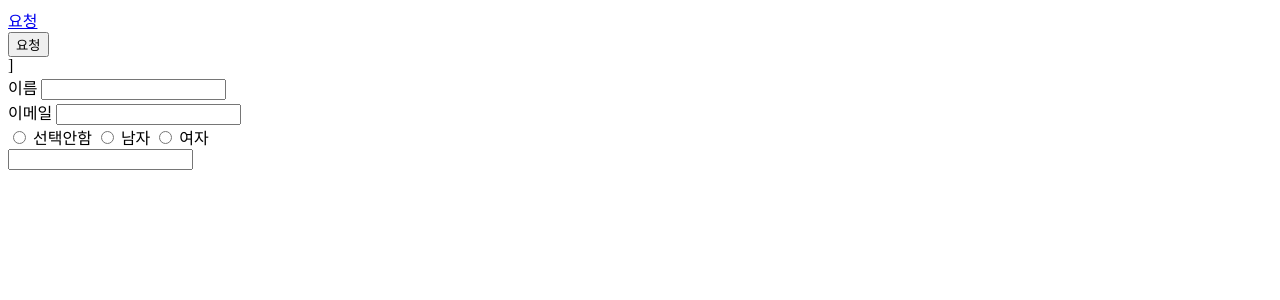
Repository: Audrey-1120/jspstudy
Page: 01_servlet/src/main/webapp/pkg02_request/NewFile.html
An editor plug-in stored every save of this project. The page is shown before and after the next save, followed by the edit.
The browser window is 1280 px wide. The pictures show the whole page.

Above is the page before, as saved 2024-02-28 01:31:18.

After the next save:
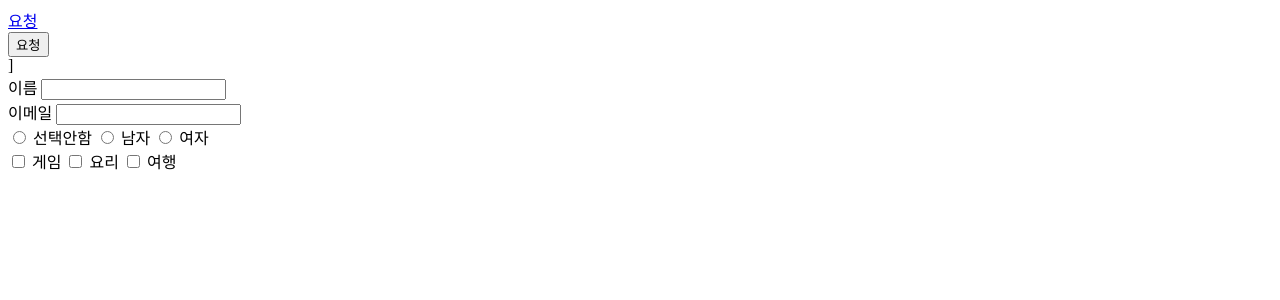
Saved 113 s later.
--- a/01_servlet/src/main/webapp/pkg02_request/NewFile.html
+++ b/01_servlet/src/main/webapp/pkg02_request/NewFile.html
@@ -54,8 +54,12 @@
       <label for="woman">여자</label>
     </div>
     <div class="inp-wrap">
-      <label for=""></label>
-      <input type="" name="" id="">
+      <input type="checkbox" name="hobbies" id="game">
+      <label for="game">게임</label>
+      <input type="checkbox" name="hobbies" id="cook">
+      <label for="cook">요리</label>
+      <input type="checkbox" name="hobbies" id="travel">
+      <label for="travel">여행</label>
     </div>
   </form>
 
